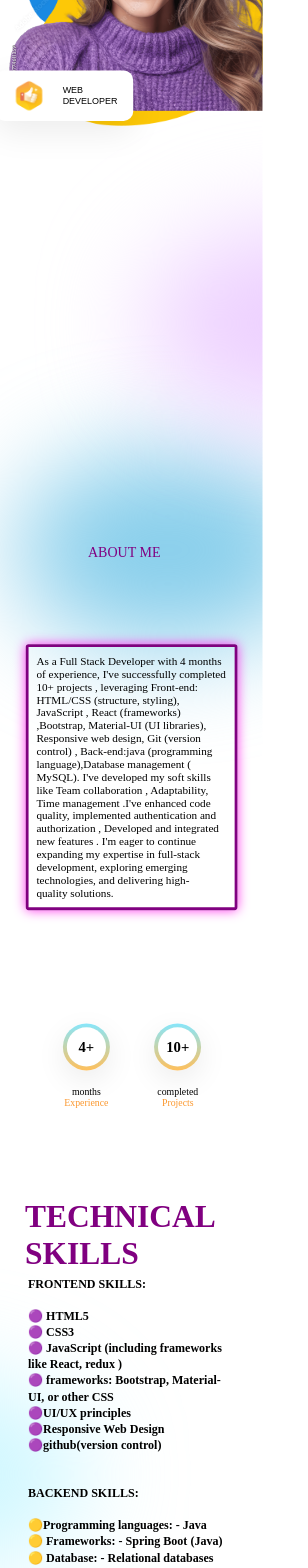
Repository: glorysandy/Protfolio
Page: /
These files come from the project's save history. The page is drawn as it stood at one moment and after the next save; the edit follows.
The browser window is 375 px wide. The page is 440 px wide, so the pictures cover 440 px, including what lies to the right of the window. The pictures show the part of the page from y = 1164 to 3404 px (the page is 7883 px tall), at 70% of full size.
Some web fonts or font styles are not loaded; a fallback is used. The project was rebuilt for these pictures with package versions that can differ from the ones it lists, and the page was loaded fresh each time. Imported but missing from the stored project, and not drawn on this page: src/components/Services/SANDHIYA.P (RESUME).pdf.

Above is the page before, as saved 2024-10-17 16:09:37.

After the next save:
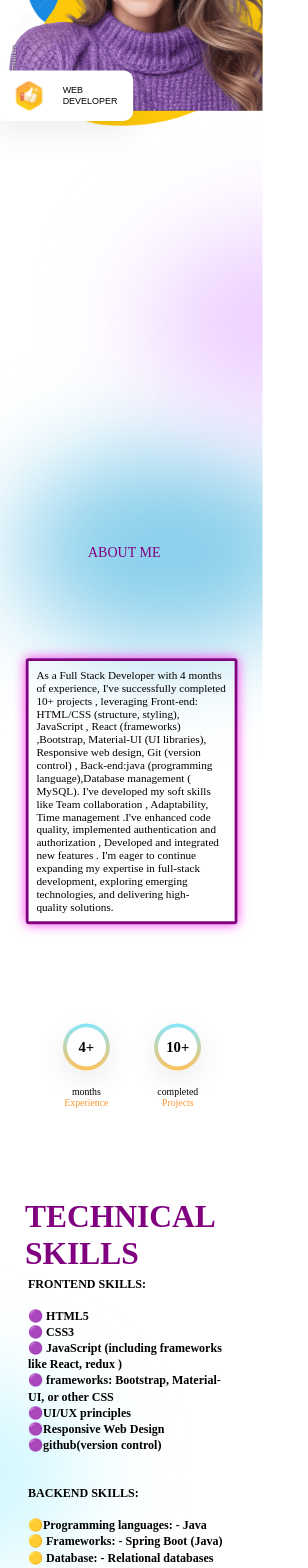
Saved 4 s later.
--- a/src/components/Testimonials/Testimonial.css
+++ b/src/components/Testimonials/Testimonial.css
@@ -82,7 +82,7 @@ border-radius: 5px;
         display: none;
     }
     .head{
-        padding: ;
+        padding: 1rem;
         display: flex;
         margin-left: -20px;
     font-size: 20rem;
